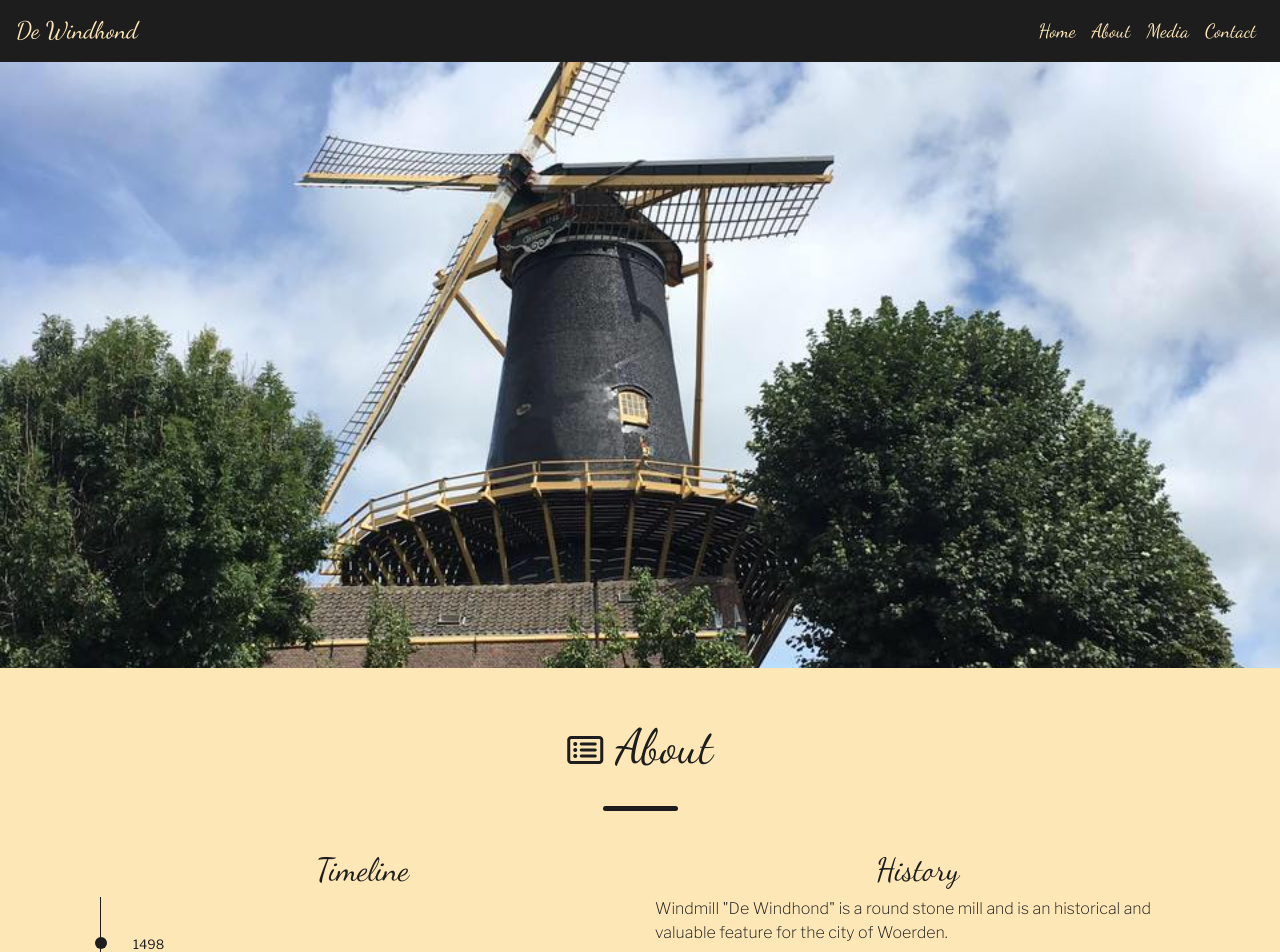
Repository: jdl208/DeWindhond
Page: index.html
The author's editor kept a record of every edit. The page is drawn from the files as they stood at one moment, then again after the next edit.
The browser window is 1280 px wide. The pictures show the part of the page from y = 0 to 952 px (the page is 2972 px tall).
Some web libraries are served in a nearby version.

Above is the page before.

After the next edit:
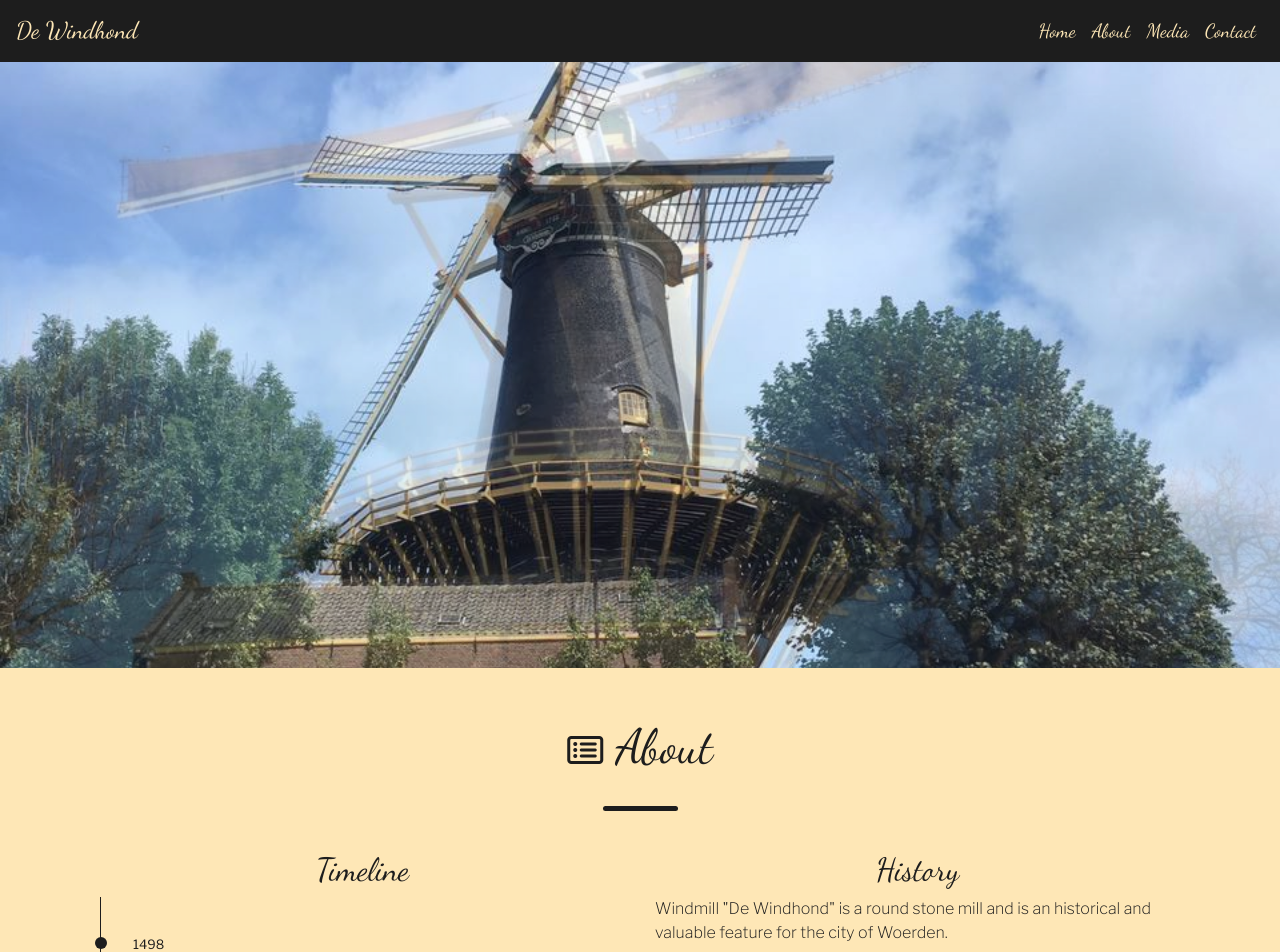
The edit:
--- a/assets/css/style.css
+++ b/assets/css/style.css
@@ -139,7 +139,7 @@
     height: 85vh;
     width: 100%;
     animation-name: bgslider;
-    animation-duration: 49s;
+    animation-duration: 42s;
     animation-timing-function: ease-in;
     animation-iteration-count: infinite;
     background-image: url("../images/img1.jpg");
